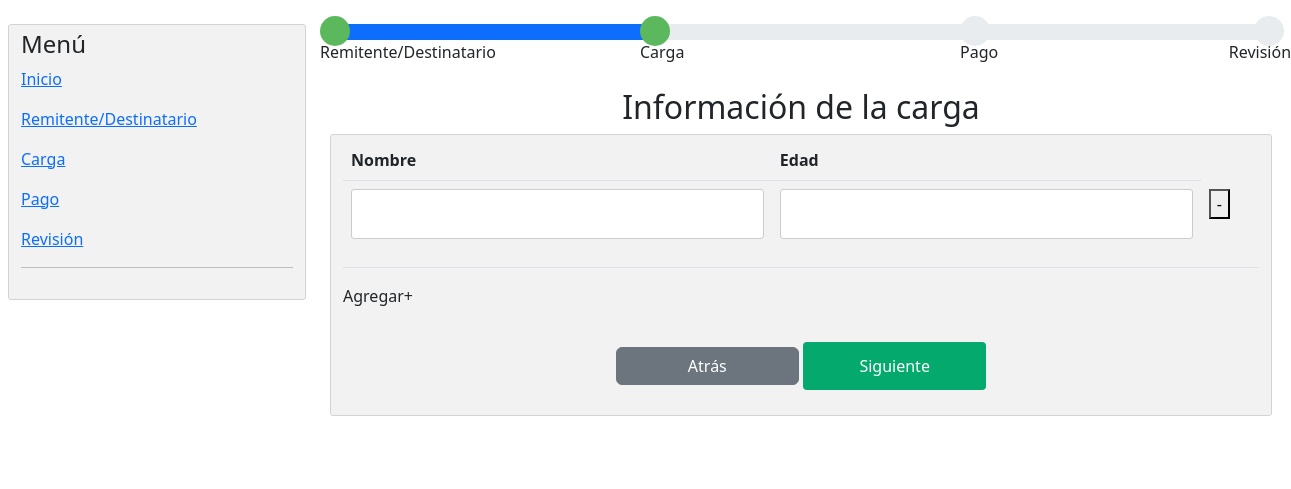
Repository: SennovaFluvial/Trasnfluvial
Page: appFluvial/templates/card1carga.html
The author's editor kept a copy of each file at every save. The page is drawn from the files as they stood at one save, then again after the next save.
The browser window is 1280 px wide. The page is 1291 px wide, so the pictures cover 1291 px, including what lies to the right of the window. The pictures show the whole page.
The template is drawn by Django 3.2. The application's start-up code is not run. Other server files are loaded and not shown. The template is opened directly, without the code that normally fills it, so the values that code supplies are empty.

Above is the page before, as saved 2023-10-19 23:19:47.

### appFluvial/templates/card1carga.html
<!DOCTYPE html>
<html>
<head>
<meta name="viewport" content="width=device-width, initial-scale=1">
<!--link rel="stylesheet" href="https://cdnjs.cloudflare.com/ajax/libs/font-awesome/4.7.0/css/font-awesome.min.css"-->
<style>
body {
  font-family: Arial;
  font-size: 17px;
  padding: 8px;
}

* {
  box-sizing: border-box;
}

.row {
  display: -ms-flexbox; /* IE10 */
  display: flex;
  -ms-flex-wrap: wrap; /* IE10 */
  flex-wrap: wrap;
  margin: 0 -16px;
}

.col-25 {
  -ms-flex: 25%; /* IE10 */
  flex: 25%;
}

.col-50 {
  -ms-flex: 50%; /* IE10 */
  flex: 50%;
}

.col-75 {
  -ms-flex: 75%; /* IE10 */
  flex: 75%;
}

.col-25,
.col-50,
.col-75 {
  padding: 0 16px;
}

.container {
  background-color: #f2f2f2;
  padding: 5px 20px 15px 20px;
  border: 1px solid lightgrey;
  border-radius: 3px;
}

input[type=text], select {
  width: 100%;
  margin-bottom: 20px;
  padding: 12px;
  border: 1px solid #ccc;
  border-radius: 3px;
}

input[type=submit] {
  background-color: #04AA6D;
  color: white;
  padding: 12px 20px;
  border: none;
  border-radius: 4px;
  cursor: pointer;
}

input[type=submit]:hover {
  background-color: #45a049;
}

label {
  margin-bottom: 10px;
  display: block;
}

.icon-container {
  margin-bottom: 20px;
  padding: 7px 0;
  font-size: 24px;
}

.btn {
  background-color: #04AA6D;
  color: white;
  padding: 12px;
  margin: 10px 0;
  border: none;
  width: 20%;
  border-radius: 3px;
  cursor: pointer;
  font-size: 17px;
}

.btn:hover {
  background-color: #45a049;
}

a {
  color: #2196F3;
}

hr {
  border: 1px solid lightgrey;
}

span.price {
  float: right;
  color: grey;
}


@media (max-width: 800px) {
  .row {
    flex-direction: column-reverse;
  }
  .col-25 {
    margin-bottom: 20px;
  }
}

</style>
<style>
  .one, .two, .three, .four{
    position:absolute;
    margin-top: -8px;
    z-index:1;
    height:30px;
    width:30px;
    border-radius:20px;
}
.one{
	left:25%;
}
.two{
	left:50%;
}
.three{
	left:75%;
}
.four{
	left:98%;
}
.primary-color{
	background-color:#4989bd;
}
.success-color{
	background-color:#5cb85c;
}
.info-color{
	background-color:#5bc0de;
}
.no-color{
	background-color:inherit;
}

</style>
<script>
  function addRow() {
      var table = document.getElementById("myTable");
      var row = table.insertRow(-1);
      var cell1 = row.insertCell(0);
      var cell2 = row.insertCell(1);
      var cell3 = row.insertCell(2);
      cell1.innerHTML = "<input type='text' name='name'>";
      cell2.innerHTML = "<input type='text' name='age'>";
      cell3.innerHTML = "<button type='button' onclick='deleteRow(this)'>Eliminar</button>";
  }

  function deleteRow(btn) {
      var row = btn.parentNode.parentNode;
      row.parentNode.removeChild(row);
  }
</script>

<link rel="stylesheet" href="https://cdn.jsdelivr.net/npm/bootstrap@5.2.3/dist/css/bootstrap.min.css" integrity="sha384-rbsA2VBKQhggwzxH7pPCaAqO46MgnOM80zW1RWuH61DGLwZJEdK2Kadq2F9CUG65" crossorigin="anonymous">
<script src="https://cdn.jsdelivr.net/npm/bootstrap@5.2.3/dist/js/bootstrap.min.js" integrity="sha384-cuYeSxntonz0PPNlHhBs68uyIAVpIIOZZ5JqeqvYYIcEL727kskC66kF92t6Xl2V" crossorigin="anonymous"></script>

</head>
<body>

<p></p>
<div class="row">

  <div class="col-25">

    <div class="container">
      <h4>Menú <span class="price" style="color:black"><i class="fa fa-shopping-cart"></i> <b></b></span></h4>
      <p><a href="../../">Inicio</a> <span class="price"> </span></p>
      <p><a href="../../card/1/remitente">Remitente/Destinatario</a> <span class="price">  </span></p>
      <p><a href="../../card/1/carga">Carga</a> <span class="price"> </span></p>
      <p><a href="../../card/1/pago">Pago</a> <span class="price"> </span></p>
      <p><a href="../../card/1/revision">Revisión</a> <span class="price"> </span></p>
      <hr>
    </div>
  </div>


  <div class="col-75">
    <!--  ****************************************BEGIN************************************************ -->
    <div class="container_">
      <div class="row"><br />
        <div class="col-md-12">
        <div class="progress">
            <div class="one success-color"></div>
            <div class="two success-color"></div>
            <div class="three no-color"></div>
            <div class="four no-color"></div>
            <div class="progress-bar progress-bar-success" style="width: 34%"></div>
        </div>
        <br>
        <label for="one" style="position: absolute; top: 30px; left: 25%; z-index: 1; margin-top: 10px;">Remitente/Destinatario</label>
        <label for="two" style="position: absolute; top: 30px; left: 50%; z-index: 1; margin-top: 10px;">Carga</label>
        <label for="three" style="position: absolute; top: 30px; left: 75%; z-index: 1; margin-top: 10px;">Pago</label>
        <label for="four" style="position: absolute; top: 30px; left: 96%; z-index: 1; margin-top: 10px;">Revisión</label>

      </div>
      </div>
    </div>
    <br>
    <!-- -*****************************************END**********************************************-->
    <div class="text-center">
    <h2>Información de la carga</h2>
    </div>
    <div class="container">
      <form method="post">
        {% csrf_token %}
        <div class="row">
          <div class="col-50">
            <table class="table">
              <tr>
                <th>Nombre</th>
                <th>Edad</th>
              </tr>
              <tr>
                <td><input type="text" name="name"></td>
                <td><input type="text" name="age"></td>
                <td><button type="btn btn-danger" onclick="deleteRow(this)">-</button></td>
              </tr>
            </table>

            <a type="btn btn-success" onclick="addRow()">Agregar+</a>
          </div>
        </div>
        <br>
        <div class="text-center">
        <a href="javascript:history.back()" class="btn btn-secondary">Atrás</a>
        <input type="submit" value="Siguiente" class="btn">
        </div>
      </form>
    </div>
  </div>
</div>

</body>
</html>

After the next save:
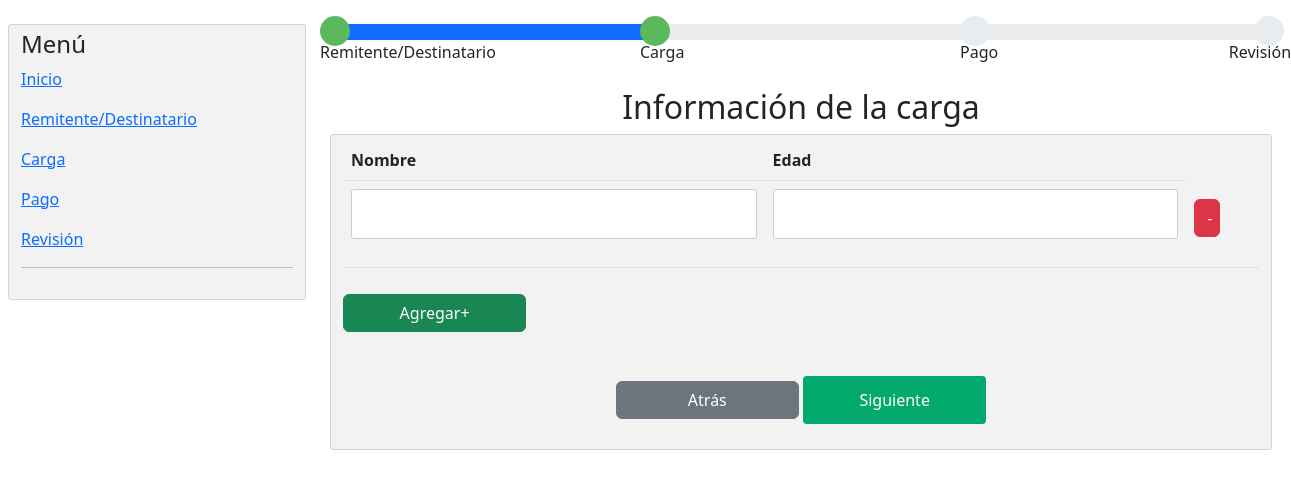
Saved 41 s later.
--- a/appFluvial/templates/card1carga.html
+++ b/appFluvial/templates/card1carga.html
@@ -237,11 +237,11 @@ span.price {
               <tr>
                 <td><input type="text" name="name"></td>
                 <td><input type="text" name="age"></td>
-                <td><button type="btn btn-danger" onclick="deleteRow(this)">-</button></td>
+                <td><button class="btn btn-danger" onclick="deleteRow(this)">-</button></td>
               </tr>
             </table>
 
-            <a type="btn btn-success" onclick="addRow()">Agregar+</a>
+            <button class="btn btn-success" onclick="addRow()">Agregar+</button>
           </div>
         </div>
         <br>
